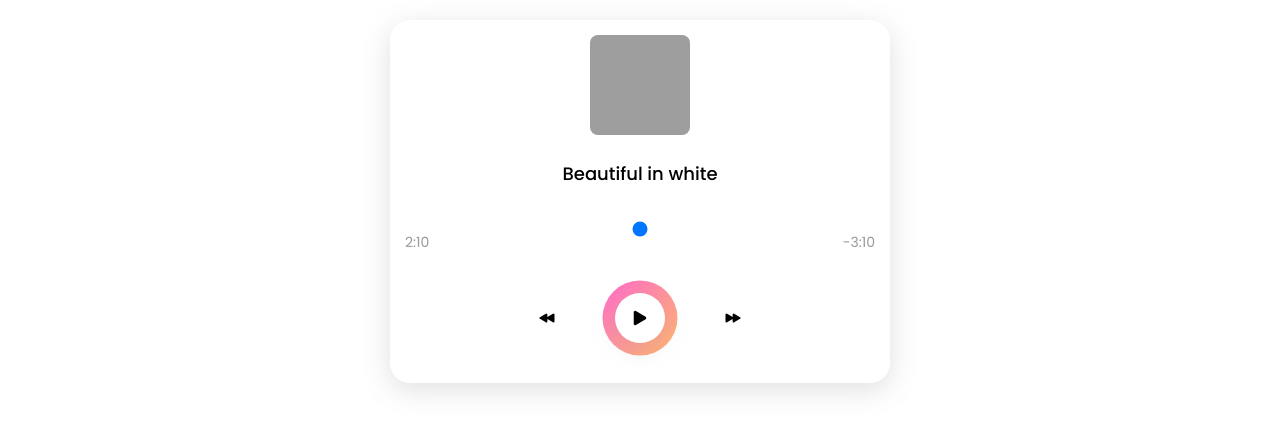
Repository: quyenpv10/mp3__music
Page: index.html
These files come from the project's save history. The page is drawn as it stood at one moment and after the next save; the edit follows.
The browser window is 1280 px wide. The pictures show the whole page.
Pictures or frames that could not be fetched are drawn as grey boxes.

Above is the page before, as saved 2021-12-10 20:23:20.

After the next save:
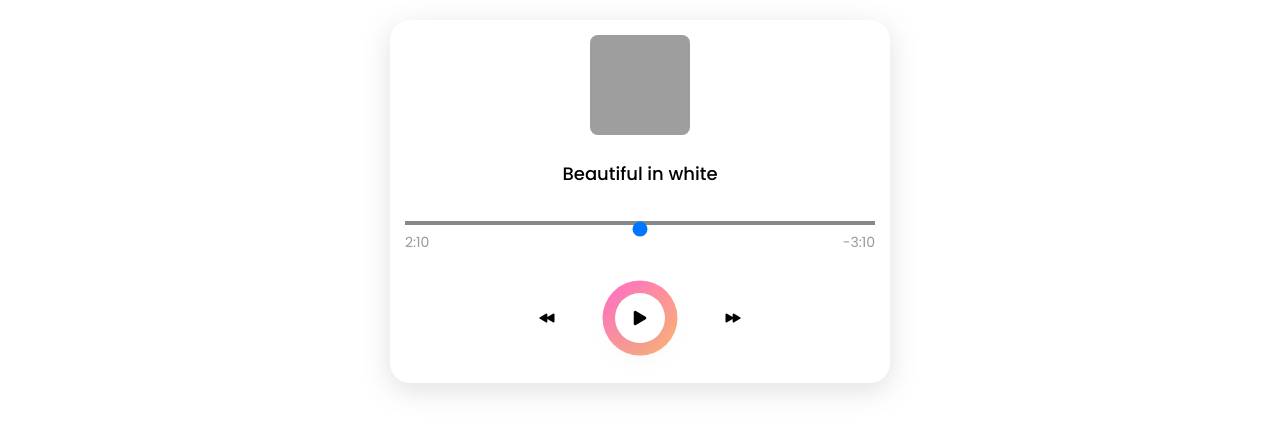
Saved 12 s later.
--- a/app.css
+++ b/app.css
@@ -132,4 +132,5 @@ body {
 .range::-webkit-slider-runnable-track {
     width: 100%;
     height: 4px;
+    background-color: #888;
 }
